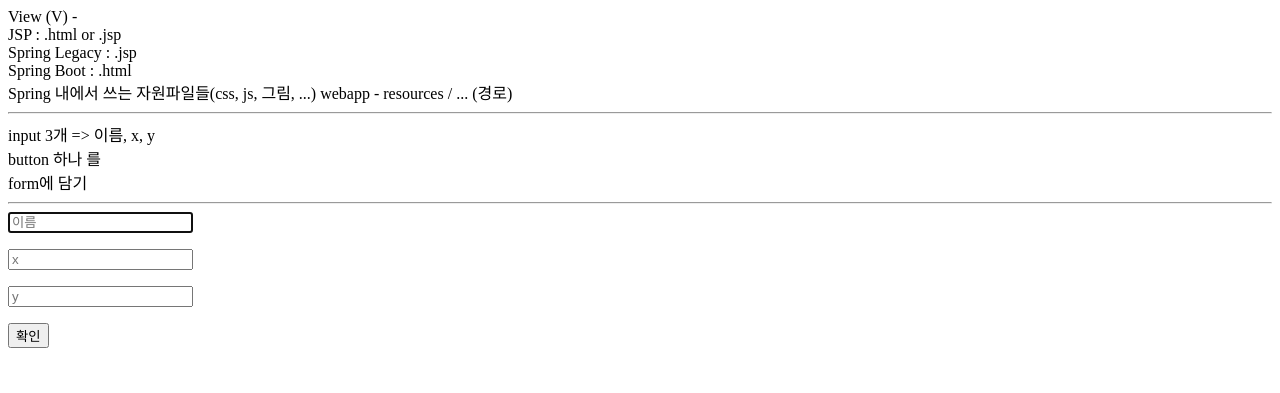
Repository: womss/sexyguy
Page: http://localhost/Feb11_2_SpringMVC/
An editor plug-in stored every save of this project. The page is shown before and after the next save, followed by the edit.
The browser window is 1280 px wide. The pictures show the whole page.
The page is served by Tomcat 9. Other server files are loaded and not shown.

Above is the page before, as saved 2025-02-11 01:42:45.

### Spring/Feb11_2_SpringMVC/src/main/webapp/WEB-INF/views/index.jsp
<%@ page language="java" contentType="text/html; charset=UTF-8"
    pageEncoding="UTF-8"%>
<!DOCTYPE html>
<html>
<head>
<meta charset="UTF-8">
<title>Insert title here</title>
</head>
<body>
	View (V) - <br>
		JSP : .html or .jsp <br>
		Spring Legacy : .jsp <br>
		Spring Boot : .html <br>

		Spring 내에서 쓰는 자원파일들(css, js, 그림, ...)
			webapp - resources / ... (경로)
	<hr>
	input 3개 => 이름, x, y <br>
	button 하나 를 <br>
	form에 담기
	<hr>
	<form action="">
		<input name="n" autofocus autocomplete="off" placeholder="이름"> <p>
		<input name="x" autocomplete="off" placeholder="x"> <p>
		<input name="y" autocomplete="off" placeholder="y"> <p>
		<button type="submit">확인</button>
	</form>

</body>
</html>

### Spring/Feb11_2_SpringMVC/src/main/webapp/resources/css/input.css
@charset "UTF-8";

input {
	border: grey solid 3px;
}

Loaded but not shown: Spring/Feb11_2_SpringMVC/src/main/webapp/resources/js/index.js (common file)

After the next save:
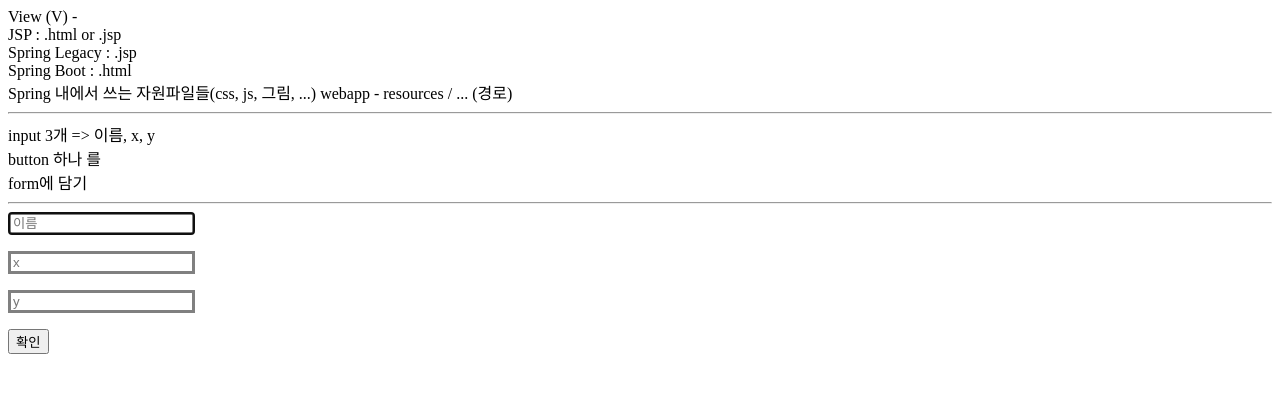
Saved 4 min 8 s later.
--- a/Spring/Feb11_2_SpringMVC/src/main/webapp/WEB-INF/views/index.jsp
+++ b/Spring/Feb11_2_SpringMVC/src/main/webapp/WEB-INF/views/index.jsp
@@ -5,6 +5,8 @@
 <head>
 <meta charset="UTF-8">
 <title>Insert title here</title>
+<link rel="stylesheet" href="resources/css/input.css">
+<script type="text/javascript" src="resources/js/index.js"></script>
 </head>
 <body>
 	View (V) - <br>
